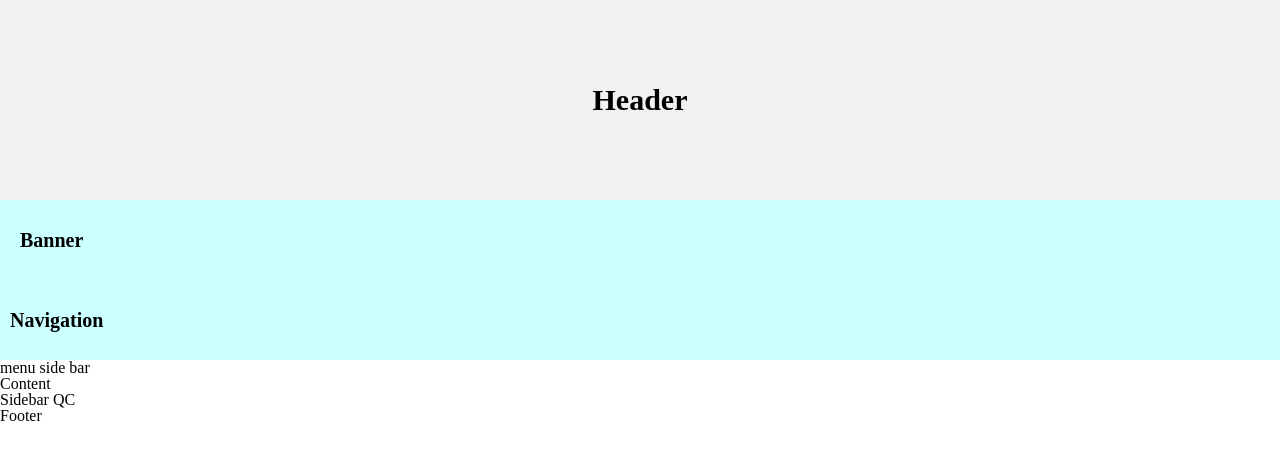
Repository: Tan-Khang21/TH_TKW--Buoi_06
Page: Bai_Tap_Tren_lop/Bai_03/LayoutCSS3.html
These files come from the project's save history. The page is drawn as it stood at one moment and after the next save; the edit follows.
The browser window is 1280 px wide. The pictures show the whole page.

Above is the page before, as saved 2024-03-11 20:59:43.

After the next save:
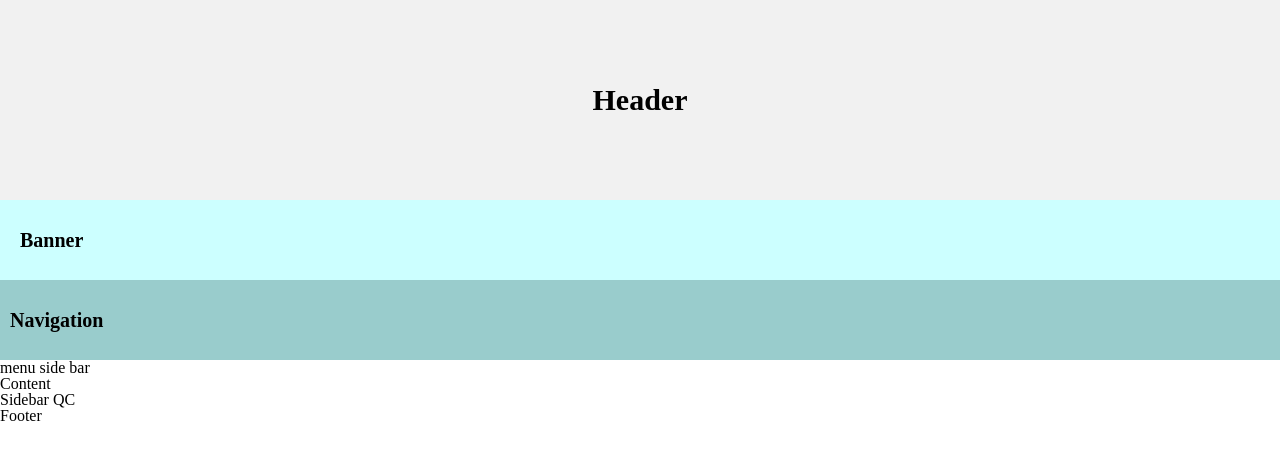
Saved 27 s later.
--- a/Bai_Tap_Tren_lop/Bai_03/style.css
+++ b/Bai_Tap_Tren_lop/Bai_03/style.css
@@ -27,7 +27,7 @@ body {
 .navigation {
   width: 100%;
   height: 80px;
-  background-color: #ccffff;
+  background-color: #99cccc;
   font-weight: bold;
   font-size: 20px;
   display: flex;
